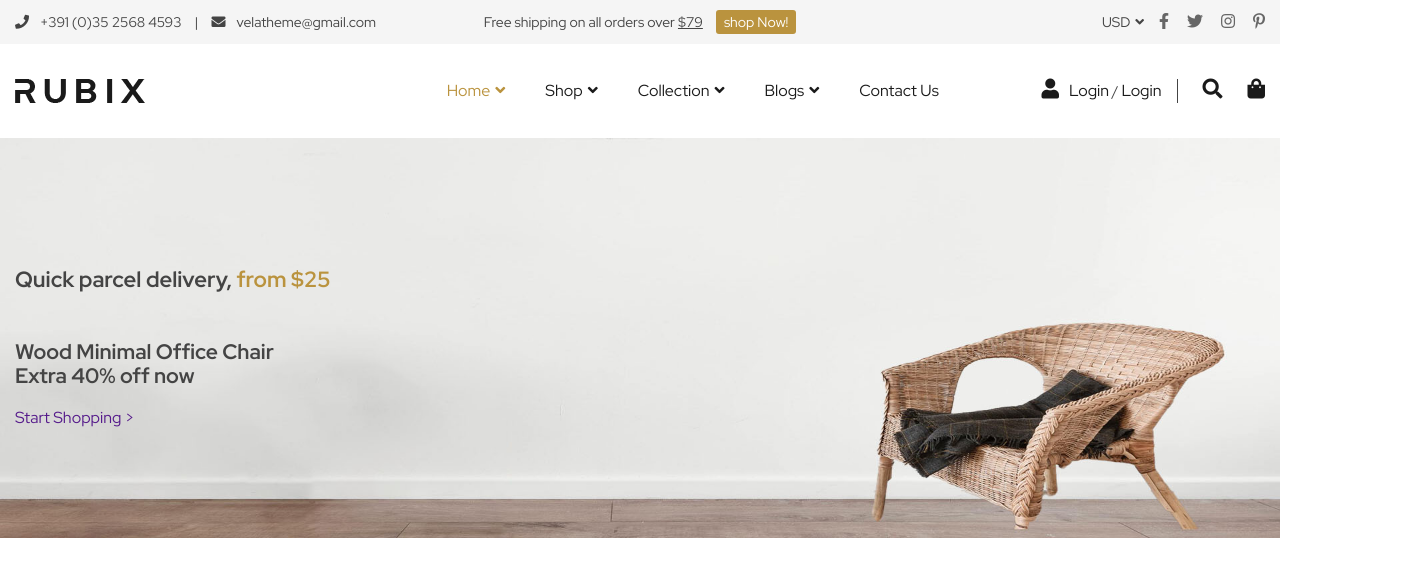
Repository: ldminh95/Gin-velademo
Page: index.html
The author's editor kept a copy of each file at every save. The page is drawn from the files as they stood at one save, then again after the next save.
The browser window is 1280 px wide. The page is 1410 px wide, so the pictures cover 1410 px, including what lies to the right of the window. The pictures show the whole page.
The style sheet was rebuilt from its Sass, Less or Tailwind sources for each picture, by a compiler version that may differ from the author's.

Above is the page before, as saved 2023-05-28 11:12:46.

### index.html
<!DOCTYPE html>
<html lang="en">
<head>
    <meta charset="UTF-8">
    <meta http-equiv="X-UA-Compatible" content="IE=edge">
    <meta name="viewport" content="width=device-width, initial-scale=1.0">
    <title>velademo-rubix</title>
    <link rel="stylesheet" href="https://cdnjs.cloudflare.com/ajax/libs/font-awesome/5.15.4/css/all.min.css">
    <link rel="stylesheet" type="text/css" href="/css/style.css">
</head>
<body>
    <div class="Overview">
        <div class="headerTop box_flex">
            <div class="headerTop_box-Left col-m3 pd15">
                <i class="fas fa-phone"></i>
                +391 (0)35 2568 4593
                <span class="mr10">|</span>
                <i class="fas fa-envelope"></i>
                velatheme@gmail.com
            </div>
            <div class="headerTop_box-Center col-m3 pd15">
                Free shipping on all orders over <u>$79</u>
                <a href="#" class="bg_primary">shop Now!</a>
            </div>
            <div class="headerTop_box-Right col-m3 box_flex pd15">
                <div class="gin-currency">
                    <div class="gin-currency-title">USD<i class="fas fa-angle-down"></i></div>
                    <div class="gin-currency-dropdown">
                        <div class="currency-item active">USD</div>
                        <div class="currency-item">INR</div>
                        <div class="currency-item">GBP</div>
                        <div class="currency-item">CAD</div>
                        <div class="currency-item">AUD</div>
                        <div class="currency-item">EUR</div>
                        <div class="currency-item">JPY</div>
                    </div>
                </div>
                <div class="gin-link">
                    <a href="#" target="_blank"><i class="fab fa-facebook-f"></i></a>
                    <a href="#" target="_blank"><i class="fab fa-twitter"></i></a>
                    <a href="#" target="_blank"><i class="fab fa-instagram"></i></a>
                    <a href="#" target="_blank"><i class="fab fa-pinterest-p"></i></a>
                </div>
            </div>
        </div>
        <header class="headerMenu">
            <section class="box_flex">
                <div class="header_Left col-m3 pd15">
                    <img src="./images/logo.png" alt="">
                </div>
                <div class="header_Center col-m3 pd15">
                    <div class="gin_menu">
                        <ul class="box_flex">
                            <li class="active">
                                <a href="">Home<i class="fas fa-angle-down"></i></a>
                                <ul class="gin_menu-second">
                                    <li><a href="">Home01</a></li>
                                    <li><a href="">Home02</a></li>
                                    <li><a href="">Home03</a></li>
                                    <li><a href="">Home04</a></li>
                                    <li><a href="">Home05</a></li>
                                    <li><a href="">Home06</a></li>
                                </ul>
                            </li>
                            <li>
                                <a href="">Shop<i class="fas fa-angle-down"></i></a>
                                <ul class="gin_menu-second">
                                    <li><a href="">Home01</a></li>
                                    <li><a href="">Home02</a></li>
                                    <li><a href="">Home03</a></li>
                                    <li><a href="">Home04</a></li>
                                    <li><a href="">Home05</a></li>
                                    <li><a href="">Home06</a></li>
                                </ul>
                            </li>
                            <li>
                                <a href="">Collection<i class="fas fa-angle-down"></i></a>
                                <ul class="gin_menu-second">
                                    <li><a href="">Home01</a></li>
                                    <li><a href="">Home02</a></li>
                                    <li><a href="">Home03</a></li>
                                    <li><a href="">Home04</a></li>
                                    <li><a href="">Home05</a></li>
                                    <li><a href="">Home06</a></li>
                                </ul>
                            </li>
                            <li>
                                <a href="">Blogs<i class="fas fa-angle-down"></i></a>
                                <ul class="gin_menu-second">
                                    <li><a href="">Home01</a></li>
                                    <li><a href="">Home02</a></li>
                                    <li><a href="">Home03</a></li>
                                    <li><a href="">Home04</a></li>
                                    <li><a href="">Home05</a></li>
                                    <li><a href="">Home06</a></li>
                                </ul>
                            </li>
                            <li>
                                <a href="">Contact Us</a>
                                <ul class="gin_menu-second">
                                    <li><a href="">Home01</a></li>
                                    <li><a href="">Home02</a></li>
                                    <li><a href="">Home03</a></li>
                                    <li><a href="">Home04</a></li>
                                    <li><a href="">Home05</a></li>
                                    <li><a href="">Home06</a></li>
                                </ul>
                            </li>
                        </ul>
                    </div>
                </div>
                <div class="header_Right col-m3 pd15 box_flex">
                    <div class="header_Right-account box_flex">
                        <a href=""><i class="fas fa-user"></i></a>
                        <ul>
                            <li><a href="">Login</a></li>
                            <span>/</span>
                            <li><a href="">Login</a></li>
                        </ul>
                    </div>
                    <div class="header_Right-search">
                        <a href=""><i class="fas fa-search"></i></a>
                    </div>
                    <div class="header_Right-cart">
                        <a href=""><i class="fas fa-shopping-bag"></i></a>
                    </div>
                </div>
            </section>
        </header>
        <div class="MainContent">
            <div class="gin_slideshow">
                <div class="slide_item">
                    <div class="slide_item-bg">
                        <img src="./images/index_bg01.jpg" alt="ghế tại ginshop">
                        <div class="wrapper">
                            <div class="slide_item-content">
                                <p>Quick parcel delivery, <span>from $25</span></p>
                                <h2>Wood Minimal Office Chair<br>Extra 40% off now</h2>
                                <a href="">Start Shopping ></a>
                            </div>
                        </div>
                    </div>
                </div>
            </div>
        </div>
    </div>
</body>
</html>

### css/googleFont.css
@import url('https://fonts.googleapis.com/css2?family=Red+Hat+Display:ital,wght@0,300;0,400;0,500;0,600;0,700;0,800;0,900;1,300;1,400;1,500;1,600;1,700;1,800;1,900&display=swap');


:root {
    --f-red-hat: 'Red Hat Display', sans-serif;
}

### css/base.css
:root {
    --gin-font: 14px;
    --color-primary: #ba933e;
    --body-bg: #fff;
    --text-color-primary: #444444;
    --text-color-second: #1a1a1a;
    --text-color-banner: #666666;
    --topbar-bg-color: #f5f5f5;
    --font-icon: 'FontAwesome';
}
body {
    box-sizing: border-box;
    font-family: var(--f-red-hat);
    font-size: var(--gin-font);
    padding: 0;
    margin: 0;
    font-weight: 400;
    line-height: 24px;
    color: var(--text-color-primary);
}
a {
    font-size: calc(var(--gin-font) + 2px);
    text-decoration: none;
}
li {
    list-style-type: none;
}
ul {
    padding: 0;
    margin: 0;
}
img {
    max-width: 100%;
    display: block;
}
.box_flex {
    display: -webkit-flex;
    display: flex;
    align-items: center;
}

.col-m3 {
    width: 33.3333%;
}

/* ================================ */
/* Gin core */
/* ================================ */


/* margin */
.mr10 {
    margin: 0 10px;
}
.pd15 {
    padding: 0 15px;
}

### scss/style.scss
@import "googleFont.css";
@import "base.css";

.Overview {
    margin: 0 auto;
}

.headerTop {
    width: 100%;
    background: var(--topbar-bg-color);
    padding: 10px 0;
    &_box {
        &-Left {
            .fas {
                margin-right: 8px;
            }
        }
        &-Center {
            text-align: center;
            .bg_primary {
                background-color: var(--color-primary);
                color: #fff;
                padding: 0 8px;
                border-radius: 3px;
                margin-left: 10px;
                font-size: var(--gin-font);
                display: inline-block;
                &:hover {
                    background: #947531;
                }
            }
        }
        &-Right {
            justify-content: flex-end;
            .gin {
                &-currency {
                    position: relative;
                    cursor: pointer;
                    &-dropdown {
                        position: absolute;
                        display: none;
                        .currency-item {
                            padding: 5px 0;
                            &.active {
                                color: var(--color-primary);
                            }
                            &:hover {
                                color: var(--color-primary);
                                cursor: pointer;
                            }
                        }
                    }
                    i {
                        margin-left: 5px;
                    }
                    &:hover {
                        .gin-currency-dropdown {
                            display: block;
                            border: 1px solid rgba(0,0,0,0.15);
                            border-radius: 3px;
                            background-color: #fff;
                            padding: 5px 20px;
                            top: 100%;
                            font-size: calc(var(--gin-font) + 2px);
                            right: 0;
                            box-shadow: 0 6px 12px #0000002d;
                        }
                    }
                }
                &-link {
                    a {
                        margin-left: 15px;
                        color: var(--text-color-banner);
                        &:hover {
                            color: var(--color-primary);
                        }
                    }
                }
            }
        }
    }
}

.headerMenu {
    padding: 20px 0;
    .header {
        &_Center {
            li {
                position: relative;
                a {
                    padding: 15px 20px;
                    display: inline-block;
                    width: max-content;
                    color: var(--text-color-second);
                    i {
                        margin-left: 5px;
                    }
                }
                &.active {
                    >a {
                        color: var(--color-primary);
                    }
                }
                ul {
                    position: absolute;
                    min-width: 220px;
                    padding: 15px 25px;
                    display: block;
                    box-shadow: 0 6px 15px #0000001f;
                    z-index: 99;
                    text-align: left;
                    visibility: hidden;
                    margin-top: 50px;
                    transition: all .3s cubic-bezier(0.175, 0.885, 0.32, 1.275);
                    background-color: var(--body-bg);
                    a {
                        padding: 3px 0;
                        font-size: var(--gin-font);
                    }
                }
                &:hover {
                    ul {
                        visibility: visible;
                        margin-top: 0;
                        li {
                            &:hover {
                                a {
                                    color: var(--color-primary);
                                }
                            }
                        }
                    }
                }
            }
        }
        &_Right {
            justify-content: flex-end;
            &-account {
                padding-right: 15px;
                border-right: 1px solid var(--text-color-primary);
            }
            &-search {
                margin-left: 25px;
            }
            &-cart {
                margin-left: 25px;
            }
            i {
                font-size: calc(var(--gin-font) + 6px);
            }
            a {
                color: var(--text-color-second);
                &:hover {
                    color: var(--color-primary);
                }
            }
            li {
                display: inline-block;
            }
            ul {
                margin-left: 10px;
            }
        }
    }
}

.MainContent {
    .slide {
        &_item {
            position: relative;
            .wrapper {
               width: 1410px;
               position: absolute;
               margin: 0 auto;
               top: 0;
               left: 0;
               right: 0;
               bottom: 0;
               height: 100%;
               display: table;
               .slide_item-content {
                    padding: 0 15px;
                    display: table-cell;
                    vertical-align: middle;
                    p {
                        font-size: calc(var(--gin-font) + 8px);
                        font-weight: 700;
                        margin-bottom: 2.2em;
                        span {
                            color: var(--color-primary);
                        }
                    }
               }
            }
        }
    }
}

After the next save:
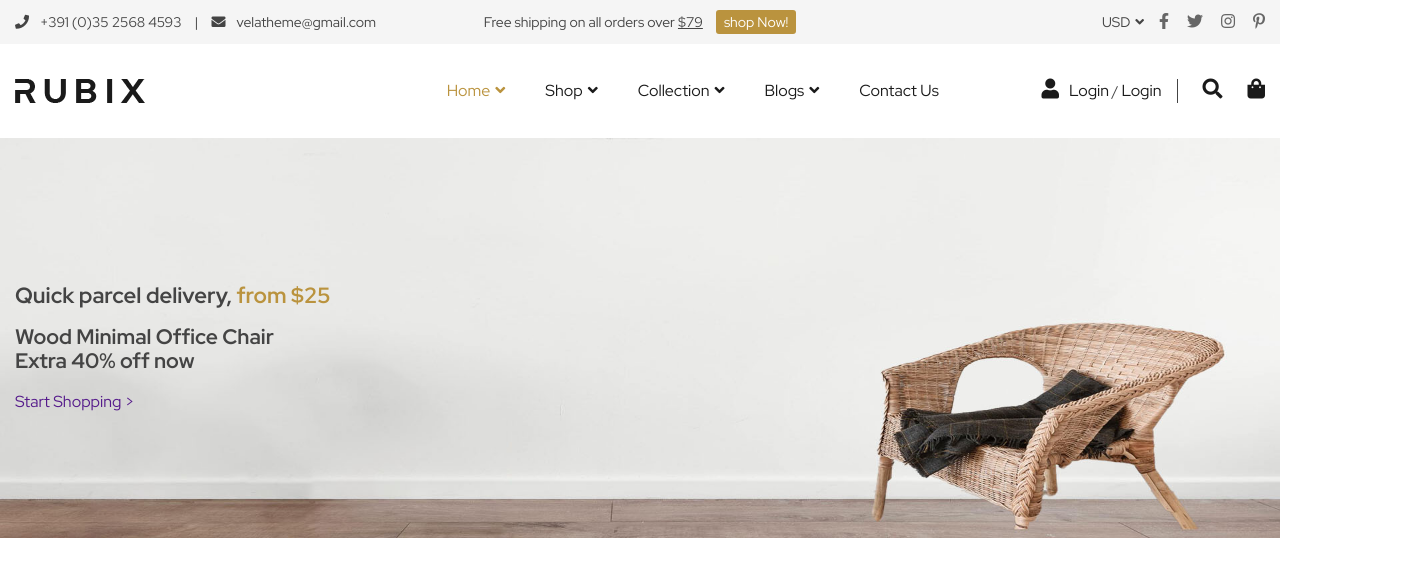
Saved 26 s later.
--- a/scss/style.scss
+++ b/scss/style.scss
@@ -185,7 +185,7 @@
                     p {
                         font-size: calc(var(--gin-font) + 8px);
                         font-weight: 700;
-                        margin-bottom: 2.2em;
+                        margin-bottom: 0.45em;
                         span {
                             color: var(--color-primary);
                         }
